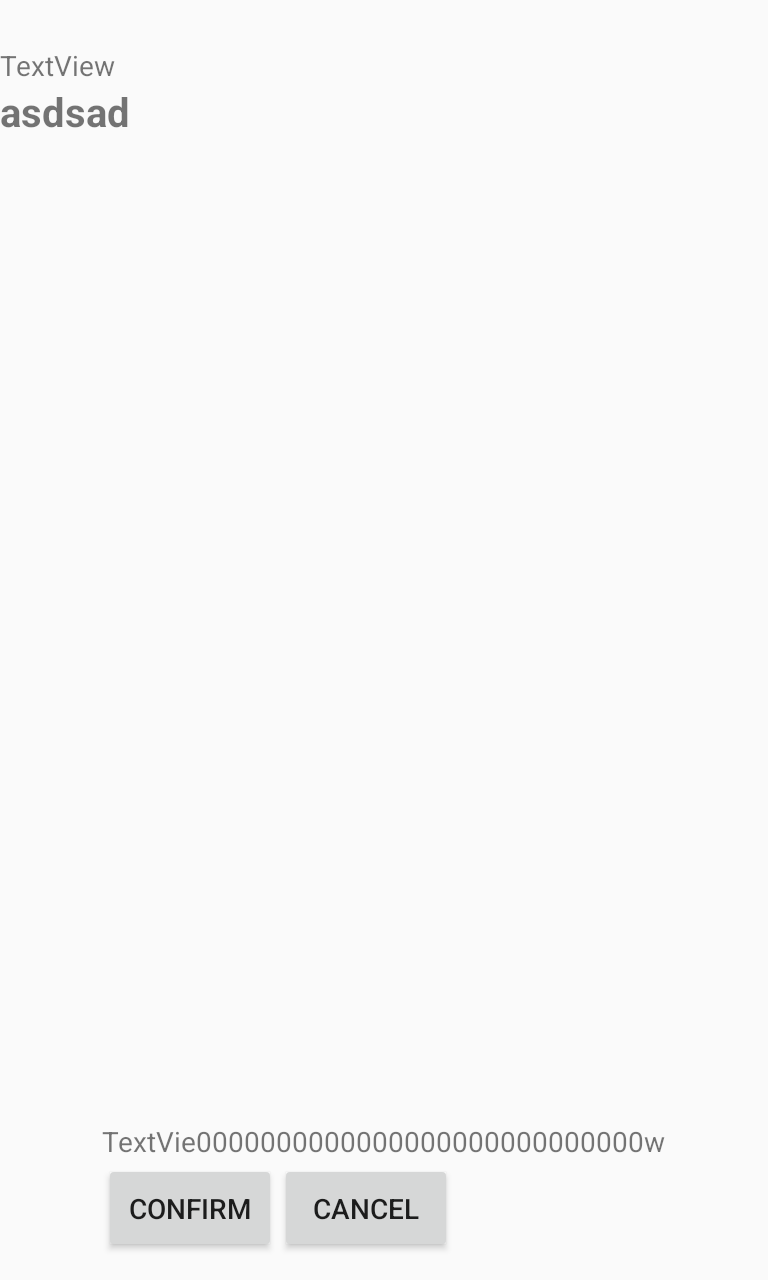
Repository: TeamZhao/Assignment-Tracker
Layout: AssignmentTracker/res/layout/activity_delete_semester_confirmation.xml
An editor plug-in stored every save of this project. The layout is shown before and after the next save, followed by the edit.
It is drawn on a 768 x 1280 px phone screen (xhdpi) without system bars, with theme AppTheme; the app's code is not run.

Above is the layout before, as saved 2014-11-15 06:39:47.

After the next save:
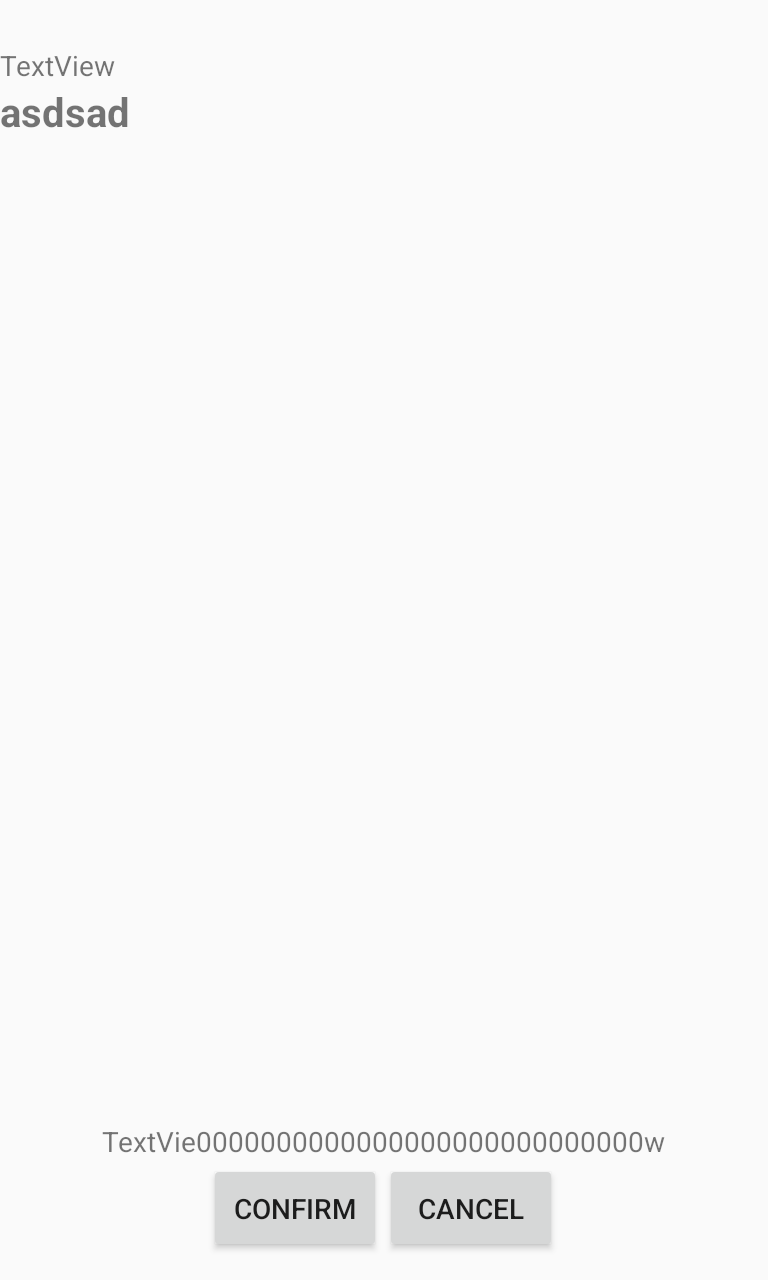
Saved 18 s later.
--- a/AssignmentTracker/res/layout/activity_delete_semester_confirmation.xml
+++ b/AssignmentTracker/res/layout/activity_delete_semester_confirmation.xml
@@ -79,7 +79,8 @@
             <LinearLayout
                 android:layout_width="match_parent"
                 android:layout_height="wrap_content"
-                android:layout_weight="1" >
+                android:layout_weight="1"
+                android:gravity="center">
 
                 <Button
                     android:id="@+id/btn_deleteSem"
